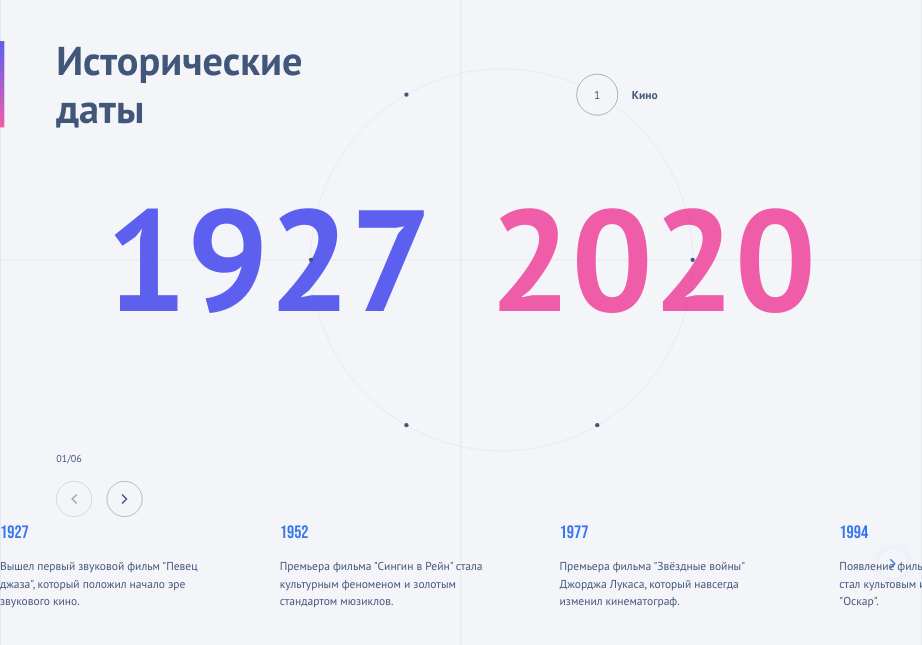
Repository: LenarTulupov/only
Page: /
These files come from the project's save history. The page is drawn as it stood at one moment and after the next save; the edit follows.
The browser window is 1280 px wide. The pictures show the whole page, at 72% of full size.
The project was rebuilt for these pictures with package versions that can differ from the ones it lists, and the page was loaded fresh each time.

Above is the page before, as saved 2024-12-18 13:22:30.

### public/index.html
<!DOCTYPE html>
<html lang="en">
  <head>
    <meta charset="utf-8" />
    <link rel="icon" href="%PUBLIC_URL%/favicon.ico" />
    <meta name="viewport" content="width=device-width, initial-scale=1" />
    <meta name="theme-color" content="#000000" />
    <meta
      name="description"
      content="Web site created using create-react-app"
    />
    <link rel="apple-touch-icon" href="%PUBLIC_URL%/logo192.png" />
    <link rel="manifest" href="%PUBLIC_URL%/manifest.json" />
    <title>Only Test</title>
  </head>
  <body>
    <noscript>You need to enable JavaScript to run this app.</noscript>
    <div id="root"></div>
  </body>
</html>

### src/index.tsx
import React from 'react';
import ReactDOM from 'react-dom/client';
import Router from './router/router';
import './globals.scss'

const root = ReactDOM.createRoot(
  document.getElementById('root') as HTMLElement
);
root.render(
  <React.StrictMode>
    <Router />
  </React.StrictMode>
);

### src/router/router.tsx
import { BrowserRouter, Route, Routes } from "react-router-dom";
import HomePage from "../pages/home/page";
import PagesLayout from "../layouts/pages-layout";

export default function Router() {
  return (
    <BrowserRouter>
      <Routes>
        <Route element={<PagesLayout />}>
          <Route path="/" element={<HomePage />} />
        </Route>
      </Routes>
    </BrowserRouter>
  )
};

### src/globals.scss
@import url('https://fonts.googleapis.com/css2?family=Bebas+Neue&family=PT+Sans:wght@400;700&display=swap');

:root {
  --background-color: #F4F5F9;
  --main-color: #42567a;
  --main-color-rgba: rgba(66, 86, 122, 0.5);
  --accent-color: #5D5FEF;
  --light-accent-color: #3877EE;
  --accent-second: #EF5DA8;
  --font-main: "PT Sans", serif;
  --font-second: "Bebas Neue", serif;
  --line-height: 150%;
  --font-size-main: 56px;
  --font-size-small: 14px;
  --font-size-big: 200px;
}
body {
  margin: 0;
  padding: 0;
  background-color: var(--background-color);
  color: var(--black-color);
  font-family: var(--font-main);
  line-height: var(--line-height);
}
ul {
  padding: 0;
  margin: 0;
}

li {
  list-style-type: none;
}

a {
  color: var(--black-color);
  text-decoration: none;
}

h1 {
  margin: 0;
}

### src/pages/home/page.tsx
import Container from "../../components/ui/container/container";
import Divider from "../../components/ui/divider/divider";
import HistorySection from "./history/history";
import styles from './page.module.scss';

export default function HomePage() {
  return (
    <div className={styles['home-page']}>
      <Container>
        <div className={styles['home-page__wrapper']}>
          <Divider
            position="vertical"
            className={styles.divider_vertical}
          />
          <HistorySection />
        </div>
      </Container>
    </div>
  )
};

### src/layouts/pages-layout.tsx
import { Outlet } from 'react-router-dom';
import styles from './pages-layout.module.scss';

export default function PagesLayout() {
  return (
    <div className={styles['pages-layout']}>
      <Outlet />
    </div>
  )
};

### src/components/ui/container/container.tsx
import { ReactNode } from "react"
import styles from './container.module.scss';

interface IContainer {
  children: ReactNode;
}

export default function Container({ children }: IContainer) {
  return (
    <div className={styles.container}>
      {children}
    </div>
  )
};

### src/components/ui/divider/divider.tsx
import styles from './divider.module.scss';

interface IDivider {
  position?: 'horizontal' | 'vertical';
  className?: string;
}

export default function Divider({
  position = 'horizontal', className }: IDivider) {
  return <div className={`
    ${styles.divider}
    ${styles[`divider_${position}`]}
    ${className || ''}
  `}/>
};

### src/pages/home/history/history.tsx
import { useState } from 'react';
import Divider from '../../../components/ui/divider/divider';
import Title from '../../../components/ui/title/title';
import Circle from './circle/circle';
import Dates from './dates/dates';
import HistorySlider from './history-slider/history-slider';
import styles from './history.module.scss';
import StepNavigation from './step-navigation/step-navigation';
import { circleItems } from '../../../constants/circle-items';

export default function HistorySection() {
  const [activeButton, setActiveButton] = useState<number>(1);
  const activeCategory = circleItems.find((item) => item.id === activeButton);
  const firstDate = activeCategory?.events[0]?.year;
  const lastDate = activeCategory?.events.at(-1)?.year;

  return (
    <section className={styles.history}>
      <div className={styles.history__content}>
        <div className={styles['history__content-col-1']}>
          <Title className={styles.history__title} showBefore>
            Исторические даты
          </Title>
          <Circle
            className={styles.circle}
            activeButton={activeButton}
            setActiveButton={setActiveButton}
          />
        </div>
        <StepNavigation
          className={styles['step-navigation']}
          activeButton={activeButton}
          setActiveButton={setActiveButton}
        />
        <Divider
          position="horizontal"
          className={styles.divider_horizontal}
        />
        <Dates
          className={styles.dates}
          firstDate={firstDate}
          lastDate={lastDate}
        />
      </div>
      <HistorySlider
        activeCategory={activeCategory}
        className={styles['history-slider']}
      />
    </section>
  )
};

### src/pages/home/page.module.scss
.home-page {
  &__wrapper {
    position: relative;
    min-height: 100vh;
    .divider_vertical {
      position: absolute;
      top: 0;
      left: 50%;
      transform: translateX(-50%);
      z-index: -10;
    }
  }

  /* Линия слева */
  &__wrapper::before {
    content: "";
    position: absolute;
    top: 0;
    bottom: 0;
    left: 0;
    width: 1px;
    background-color: var(--main-color);
    opacity: 0.1;
  }

  /* Линия справа */
  &__wrapper::after {
    content: "";
    position: absolute;
    top: 0;
    bottom: 0;
    right: 0;
    width: 1px;
    background-color: var(--main-color);
    opacity: 0.1;
  }
  /* Линий по центру горизонтальная */

  /* Линий по центру вертикальная */
}

### src/components/ui/container/container.module.scss
.container {
  max-width: 1440px;
  margin: 0 auto;
}

### src/components/ui/divider/divider.module.scss
.divider {
  background-color: var(--main-color);
  opacity: 0.1;
  &_horizontal {
    width: 100%;
    height: 1px;
  }
  &_vertical {
    width: 1px;
    height: 100%;
  }
}

### src/components/ui/title/title.tsx
import { ReactNode } from 'react';
import styles from './title.module.scss';

interface ITitle {
  children: ReactNode;
  className?: string;
  color?: 'main' | 'blue' | 'light-blue' | 'pink';
  size?: 'main' | 'small'| 'big';
  showBefore?: boolean;
}

export default function Title({
  children,
  className,
  color = 'main',
  size = 'main',
  showBefore = false }: ITitle) {
  return (
    <h1
      className={`
        ${styles.title}
        ${className || ''}
        ${styles[`title__color-${color}`]}
        ${styles[`title__size-${size}`]}
        ${showBefore ? styles['title_before'] : ''}
      `}>
      {children}
    </h1>
  )
};

### src/pages/home/history/circle/circle.tsx
import { useEffect, useRef, Dispatch, SetStateAction } from 'react';
import { gsap } from 'gsap';
import { circleItems } from '../../../../constants/circle-items';
import styles from './circle.module.scss';
import Dates from '../dates/dates';

interface ICircle {
  className?: string;
  activeButton: number;
  setActiveButton: Dispatch<SetStateAction<number>>;
}

export default function Circle({
  className,
  activeButton,
  setActiveButton }: ICircle) {
  const circleRef = useRef<HTMLDivElement>(null);
  const buttonsRef = useRef<HTMLDivElement[]>([]);

  const handleActiveButton = (btnId: number) => {
    setActiveButton(btnId);
  };

  useEffect(() => {
    const rotationAngle = (1 - activeButton) * 60;
    gsap.to(circleRef.current, {
      rotate: rotationAngle,
      duration: 0.5,
      ease: 'power2.out',
    });

    buttonsRef.current.forEach((btn) => {
      let buttonRotation = 0;

      switch (activeButton) {
        case 2:
          buttonRotation = 60;
          break;
        case 3:
          buttonRotation = 120;
          break;
        case 4:
          buttonRotation = 180;
          break;
        case 5:
          buttonRotation = 240;
          break;
        case 6:
          buttonRotation = 300;
          break;
        default:
          buttonRotation = 0;
          break;
      }

      gsap.to(btn, {
        rotate: buttonRotation,
        duration: 0.5,
        ease: 'power2.out',
      });
    });
  }, [activeButton]);

  return (
    <div ref={circleRef} className={`${styles.circle} ${className || ''}`}>
      {circleItems.map((item, index) => {
        const btnId = index + 1;
        return (
          <div
            key={btnId}
            ref={(el) => (buttonsRef.current[index] = el!)}
            className={`
                ${styles[`circle__btn-${btnId}`]}
                ${styles.circle__btn}
                ${activeButton === btnId ? styles.active : ''}
              `}
            onClick={() => handleActiveButton(btnId)}
          >
            {btnId}
            <span
              className={`
                  ${styles['sub-title']}
                  ${activeButton === btnId ? styles.active : ''}
                `}
            >
              {item.category}
            </span>
          </div>
        );
      })}
    </div>
  );
}

### src/pages/home/history/dates/dates.tsx
import { useEffect, useState } from 'react';
import Title from '../../../../components/ui/title/title';
import styles from './dates.module.scss';

interface IDates {
  className?: string;
  firstDate: string;
  lastDate: string;
}

export default function Dates({ className, firstDate, lastDate }: IDates) {
  const [currentFirstDate, setCurrentFirstDate] = useState(Number(firstDate));
  const [currentLastDate, setCurrentLastDate] = useState(Number(lastDate));

  useEffect(() => {
    const animateNumber = (
      from: number,
      to: number,
      setNumber: React.Dispatch<React.SetStateAction<number>>
    ) => {
      const stepTime = 20;
      const steps = 50;
      const delta = (to - from) / steps;

      let currentStep = 0;
      const interval = setInterval(() => {
        currentStep += 1;
        const nextValue = from + delta * currentStep;
        setNumber(Math.round(nextValue));

        if (currentStep >= steps) {
          clearInterval(interval);
          setNumber(to);
        }
      }, stepTime);
    };

    animateNumber(Number(currentFirstDate), Number(firstDate), setCurrentFirstDate);
    animateNumber(Number(currentLastDate), Number(lastDate), setCurrentLastDate);
  }, [firstDate, lastDate]);
  return (
    <div className={`${styles.dates} ${className || ''}`}>
      <Title color='blue' size='big'>{currentFirstDate}</Title>
      <Title color='pink' size='big'>{currentLastDate}</Title>
    </div>
  )
};

### src/pages/home/history/history-slider/history-slider.tsx
import { useEffect, useRef, useState } from "react";
import { Swiper, SwiperClass, SwiperSlide } from "swiper/react";
import { Navigation } from "swiper/modules";
import "swiper/css";
import "swiper/css/navigation";
import SliderContent from "./slider-content/slider-content";
import { IHistorySlider } from "../../../../types/history-slider.interface";
import ContentContainer from "../../../../components/ui/content-container/content-container";
import ArrowButton from "../../../../components/ui/arrow-button/arrow-button";
import styles from "./history-slider.module.scss";

export default function HistorySlider({ className, activeCategory }: IHistorySlider) {
  const [prevCategory, setPrevCategory] = useState(activeCategory);
  const [isBeginning, setIsBeginning] = useState(true);
  const [isEnd, setIsEnd] = useState(false);
  const containerRef = useRef<HTMLDivElement | null>(null);
  const prevRef = useRef<HTMLDivElement | null>(null);
  const nextRef = useRef<HTMLDivElement | null>(null);
  const swiperRef = useRef<SwiperClass | null>(null);

  useEffect(() => {
    if (prevCategory?.id !== activeCategory?.id) {
      if (containerRef.current) {
        containerRef.current.classList.add(styles["fade-out"]);

        setTimeout(() => {
          if (containerRef.current) {
            containerRef.current.classList.remove(styles["fade-out"]);
            setPrevCategory(activeCategory);
            containerRef.current.classList.add(styles["fade-in"]);

            setTimeout(() => {
              if (containerRef.current) {
                containerRef.current.classList.remove(styles["fade-in"]);
              }
            }, 500);
          }
        }, 500);
      }
    }
  }, [activeCategory, prevCategory]);

  useEffect(() => {
    if (swiperRef.current) {
      const { navigation } = swiperRef.current.params;

      if (navigation && typeof navigation !== 'boolean') {
        navigation.prevEl = prevRef.current;
        navigation.nextEl = nextRef.current;

        swiperRef.current.navigation.destroy();
        swiperRef.current.navigation.init();
        swiperRef.current.navigation.update();
      }

      setIsBeginning(swiperRef.current.isBeginning);
      setIsEnd(swiperRef.current.isEnd);

      swiperRef.current.on("slideChange", () => {
        setIsBeginning(swiperRef.current.isBeginning);
        setIsEnd(swiperRef.current.isEnd);
      });

      return () => {
        swiperRef.current?.off("slideChange");
      };
    }
  }, [activeCategory]);

  useEffect(() => {
    if (swiperRef.current) {
      swiperRef.current.slideTo(0, 0);
    }
  }, [activeCategory]);

  return (
    <div
      ref={containerRef}
      className={`${className || ""} ${styles["history-slider"]}`}
    >
      <ContentContainer>
        <Swiper
          spaceBetween={80}
          slidesPerView={3.5}
          modules={[Navigation]}
          onSwiper={(swiper) => {
            swiperRef.current = swiper;
          }}
        >
          {activeCategory?.events.map((event) => (
            <SwiperSlide key={event.id}>
              <SliderContent year={event.year} text={event.title} />
            </SwiperSlide>
          ))}
        </Swiper>

        {!isBeginning && (
          <div ref={prevRef} className={styles.prev}>
            <ArrowButton
              onClick={() => swiperRef.current?.slidePrev()}
              slider
              disabled={isBeginning}
            />
          </div>
        )}
        {!isEnd && (
          <div ref={nextRef} className={styles.next}>
            <ArrowButton
              rotation="right"
              onClick={() => swiperRef.current?.slideNext()}
              slider
              disabled={isEnd}
            />
          </div>
        )}
      </ContentContainer>
    </div>
  );
}

### src/pages/home/history/history.module.scss
.history {
  padding: 50px 0;
  &__title {
    line-height: 1.2;
    width: 353px;
    padding-left: 78px;
    height: fit-content;

  }
  &__content {
    position: relative;
    // display: grid;
    // grid-template-columns: repeat(3, 1fr);
    display: flex;
    flex-direction: column;
    height: 615px;
    &-col-1 {
      display: flex;
      // flex-direction: column;
      // justify-content: space-between;
    }
  }
}
.circle {
  margin-top: 45px;
}
.divider_horizontal {
  position: absolute;
  top: calc(50% + 3px);
  left: 0;
  transform: translateY(-50%);
  z-index: -10;
}
.step-navigation {
  padding-left: 78px;
}

### src/pages/home/history/step-navigation/step-navigation.tsx
import { Dispatch, SetStateAction } from "react";
import NavigationButtons from "./navigation-buttons/navigation-buttons";
import SliderStep from "./slider-step/slider-step";
import styles from './step-navigation.module.scss';

interface IStepNavigation {
  className?: string;
  activeButton: number;
  setActiveButton: Dispatch<SetStateAction<number>>;
}

export default function StepNavigation({
  className,
  activeButton,
  setActiveButton }: IStepNavigation) {

    const handleNext = () => {
      setActiveButton((p) => (p < 6 ? p + 1 : 1));
    };

    const handlePrev = () => {
      setActiveButton((p) => (p > 1 ? p - 1 : 6));
    };

    return (
      <div className={`${styles['step-navigation']} ${className || ''}`}>
        <SliderStep activeButton={activeButton} />
        <NavigationButtons
          handleNext={handleNext}
          handlePrev={handlePrev}
          isBeginning={activeButton === 1}
          isEnd={activeButton === 6}
        />
      </div>
    );
};

### src/components/ui/title/title.module.scss
.title {
  line-height: 150%;
  position: relative;
  &::before {
    content: "";
    position: absolute;
    top: 50%;
    transform: translateY(-50%);
    left: 0;
    height: 120px;
    width: 6px;
    background: linear-gradient(to bottom, var(--accent-color) 0%, var(--accent-second) 100%);
    visibility: hidden;
  }
  &.title_before::before {
    visibility: visible; // Показываем псевдоэлемент
  }
  &__color-main {
    color: var(--main-color);
  }

  &__color-blue {
    color: var(--accent-color);
  }
  &__color-light-blue {
    color: var(--light-accent-color);
  }

  &__color-pink {
    color: var(--accent-second);
  }

  &__size-main {
    font-size: var(--font-size-main);
  }
  &__size-small {
    font-size: var(--font-size-small);
  }

  &__size-big {
    font-size: var(--font-size-big);
  }
}

### src/pages/home/history/circle/circle.module.scss
.circle {
  position: relative;
  width: 530px;
  height: 530px;
  border: 1px solid rgba(66, 86, 122, 0.1);
  border-radius: 100%;
  display: flex;
  justify-content: center;
  align-items: center;
  transform-origin: center;
}

.circle__btn {
  position: absolute;
  display: flex;
  align-items: center;
  justify-content: center;
  width: 6px;
  height: 6px;
  border: none;
  background-color: var(--main-color);
  border-radius: 100%;
  color: var(--main-color);
  line-height: 30px;
  font-size: 0;
  cursor: pointer;
  transition: width .3s ease-in-out, height .3s ease-in-out, font-size .3s ease-in-out;

  &::before {
    content: "";
    position: absolute;
    top: 50%;
    left: 50%;
    transform: translate(-50%, -50%);
    width: 25px;
    height: 25px;
    border-radius: 100%;
    background: transparent;
  }

  .sub-title {
    position: absolute;
    top: 50%;
    left: 0;
    transform: translateY(-50%);
    margin-left: 76px;
    font-weight: bold;
    opacity: 0;
    transition: opacity 0.3s ease-in-out;
  }

  .sub-title.active {
    opacity: 1;
  }

  &:hover,
  &.active {
    width: 56px;
    height: 56px;
    font-size: 16px;
    background-color: #F4F5F9;
    outline: 1px solid rgba(48, 62, 88, 0.5);
  }

  &-1 {
    transform: rotate(300deg) translateX(265px) rotate(60deg);
  }

  &-2 {
    transform: rotate(0deg) translateX(265px) rotate(0deg);
  }

  &-3 {
    transform: rotate(60deg) translateX(265px) rotate(-60deg);
  }

  &-4 {
    transform: rotate(120deg) translateX(265px) rotate(-120deg);
  }

  &-5 {
    transform: rotate(180deg) translateX(265px) rotate(-180deg);
  }

  &-6 {
    transform: rotate(240deg) translateX(265px) rotate(-240deg);
  }
}

### src/pages/home/history/dates/dates.module.scss
.dates {
  position: absolute;
  top: 50%;
  left: 50%;
  transform: translate(-50%, -50%);
  display: flex;
  gap: 80px;
  z-index: -1;
}

### src/pages/home/history/history-slider/slider-content/slider-content.tsx
import Text from "../../../../../components/ui/text/text";
import Title from "../../../../../components/ui/title/title";
import styles from './slider-content.module.scss';

interface ISliderContent {
  year: string;
  text: string;
}

export default function SliderContent({ year, text }: ISliderContent) {
  return (
    <div className={styles['slider-content']}>
      <Title
        size="small"
        color="light-blue"
        className={styles['slider-content__title']}
      >
        {year}
      </Title>
      <Text text={text} />
    </div>
  )
};

### src/components/ui/content-container/content-container.tsx
import { ReactNode } from 'react';
import styles from './content-container.module.scss';

interface IContentContainer {
  children: ReactNode;
}

export default function ContentContainer({ children }: IContentContainer) {
  return (
    <div className={styles['content-container']}>
      {children}
    </div>
  )
};

### src/components/ui/arrow-button/arrow-button.tsx
import styles from './arrow-button.module.scss';

interface IArrowButton {
  rotation?: 'left' | 'right'
  onClick?: () => void;
  slider?: boolean;
  disabled?: boolean;
  className?: string;
}

export default function ArrowButton({
  rotation,
  onClick,
  slider = false,
  disabled = false,
  className}: IArrowButton) {
  return (
    <button
      className={`
        ${styles['arrow-button']}
        ${styles[rotation]}
        ${slider ? styles['arrow-button_slider'] : ''}
        ${className || ''}
        ${disabled ? styles.disabled : ''}
      `}
      onClick={onClick}
      disabled={disabled}
    >
      <svg width="10" height="14" viewBox="0 0 10 14" fill="none" xmlns="http://www.w3.org/2000/svg">
        <path d="M8.49988 0.750001L2.24988 7L8.49988 13.25" stroke="#42567A" stroke-width="2" />
      </svg>
    </button>
  )
};

### src/pages/home/history/history-slider/history-slider.module.scss
.history-slider {
  position: relative;
  margin-top: 56px;
}
.next {
  position: absolute;
  top: 50%;
  transform: translateY(-50%);
  right: 20px;
}
.prev {
  position: absolute;
  top: 50%;
  transform: translateY(-50%);
  left: 20px;
}

.fade-out {
  opacity: 0;
  transition: opacity 0.5s ease;
}
.fade-in {
  opacity: 1;
  transition: opacity 0.5s ease;
}

### src/pages/home/history/step-navigation/navigation-buttons/navigation-buttons.tsx
import ArrowButton from '../../../../../components/ui/arrow-button/arrow-button';
import styles from './navigation-buttons.module.scss';

interface INavigationButtons {
  handleNext: () => void;
  handlePrev: () => void;
  isBeginning: boolean;
  isEnd: boolean;
}

export default function NavigationButtons({
  handleNext,
  handlePrev,
  isBeginning,
  isEnd }: INavigationButtons) {
  return (
    <div className={styles['navigation-buttons']}>
      <ArrowButton
        onClick={handlePrev}
        disabled={isBeginning}
      />
      <ArrowButton
        rotation='right'
        onClick={handleNext}
        disabled={isEnd}
      />
    </div>
  );
};

### src/pages/home/history/step-navigation/slider-step/slider-step.tsx
import Title from "../../../../../components/ui/title/title";
import styles from './slider-step.module.scss';

interface ISliderStep {
  activeButton: number;
}

export default function SliderStep({ activeButton }: ISliderStep) {
  return <Title size="small" className={styles.font}>0{activeButton}/06</Title>
};

### src/pages/home/history/step-navigation/step-navigation.module.scss
.step-navigation {
  display: flex;
  flex-direction: column;
  row-gap: 20px;
}

### src/components/ui/text/text.tsx
import styles from './text.module.scss';

interface IText {
  text: string;
}

export default function Text({ text }: IText) {
  return (
    <div className={styles.text}>
        { text }
    </div>
  )
};

### src/pages/home/history/history-slider/slider-content/slider-content.module.scss
.slider-content {
  display: flex;
  flex-direction: column;
  row-gap: 15px;
  cursor: grabbing;
  &__title {
    font-family: var(--font-second);
    font-weight: 400;
    font-size: 25px;
  }
}

### src/components/ui/content-container/content-container.module.scss
.content-container {
  max-width: calc(1440px - 160px);
  margin: 0 auto;
}

### src/components/ui/arrow-button/arrow-button.module.scss
.arrow-button {
  width: 50px;
  height: 50px;
  display: flex;
  align-items: center;
  justify-content: center;
  border: 1px solid var(--main-color-rgba);
  background-color: transparent;
  border-radius: 100%;
  cursor: pointer;
}
.arrow-button_slider {
  width: 40px;
  height: 40px;
  border: none;
  box-shadow: 0 0 15px 0 rgba(56, 119, 238, 0.1);
  svg path {
    stroke: var(--light-accent-color);
  }
}
.left {
  transform: rotate(0deg);
}
.right {
  transform: rotate(180deg);
}
.disabled {
  opacity: .5;
  cursor: auto;
}

### src/pages/home/history/step-navigation/navigation-buttons/navigation-buttons.module.scss
.navigation-buttons {
  display: flex;
  column-gap: 20px;
}
.disabled {
  opacity: .5;
  cursor: auto;
}

### src/pages/home/history/step-navigation/slider-step/slider-step.module.scss
.font {
  font-weight: 400;
}

### src/components/ui/text/text.module.scss
.text {
  color: var(--main-color);
}

Loaded but not shown: src/constants/circle-items.ts (122 lines, source omitted); src/layouts/pages-layout.module.scss (no stored copy; drawn as an empty file)

After the next save:
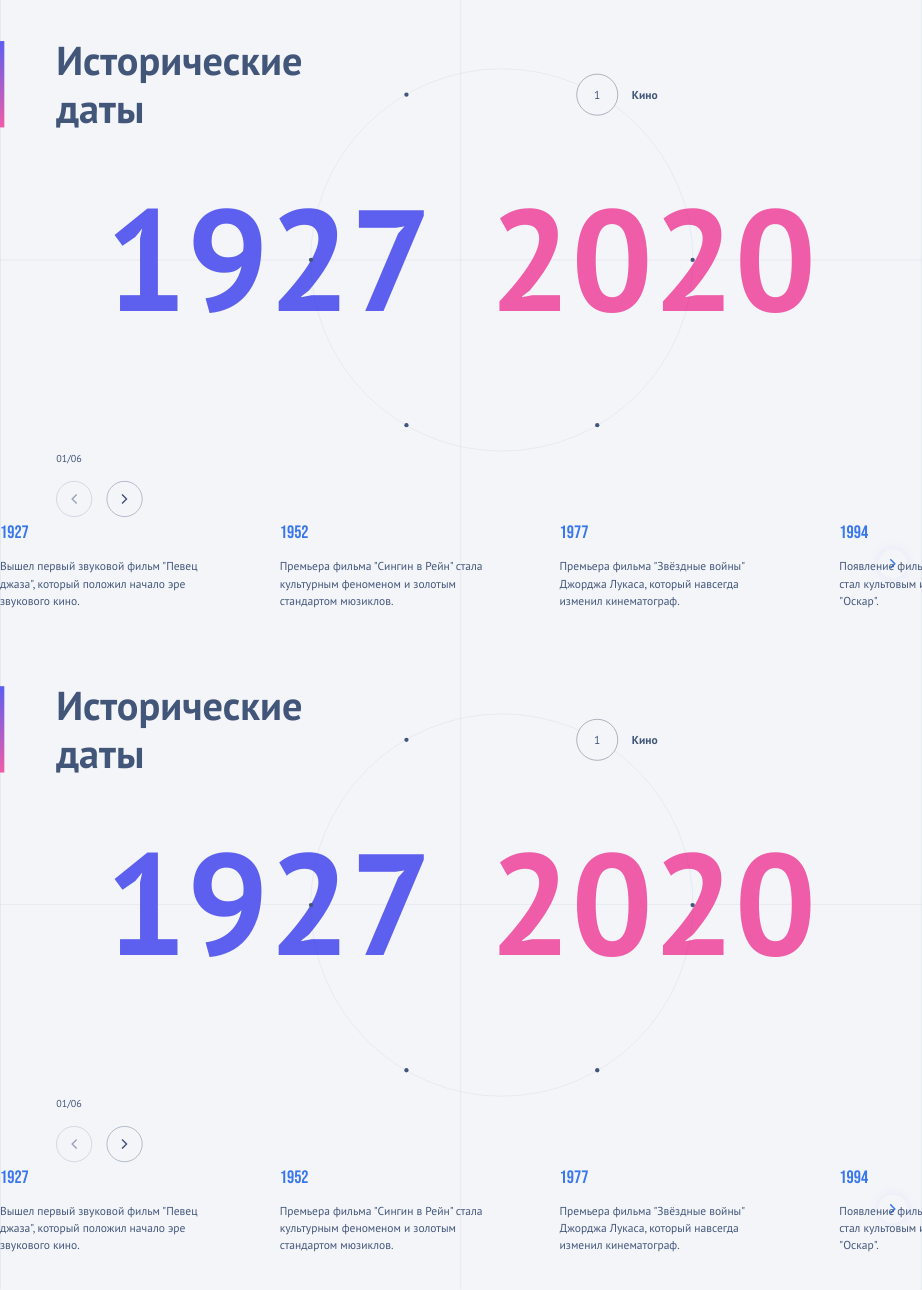
Saved 2 min 41 s later.
--- a/src/pages/home/page.tsx
+++ b/src/pages/home/page.tsx
@@ -13,6 +13,7 @@ export default function HomePage() {
             className={styles.divider_vertical}
           />
           <HistorySection />
+          <HistorySection />
         </div>
       </Container>
     </div>
